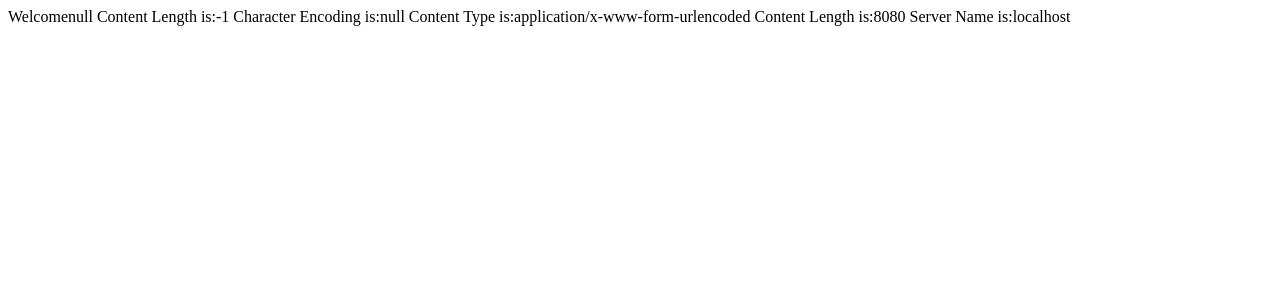
Repository: GirijalaAditya/Servlets
Page: http://localhost/app05/ServletReq
These files come from the project's save history. The page is drawn as it stood at one moment and after the next save; the edit follows.
The browser window is 1280 px wide. The pictures show the whole page.
The page is served by Tomcat 9.

Above is the page before, as saved 2020-04-03 13:31:02.

### app05/src/com/aditya/servlets/ServletReq.java
package com.aditya.servlets;

import javax.servlet.http.*;
import javax.servlet.*;
import java.io.*;
import java.io.IOException;
import javax.servlet.ServletException;
import javax.servlet.http.HttpServlet;
import javax.servlet.http.HttpServletRequest;
import javax.servlet.http.HttpServletResponse;



public class ServletReq extends HttpServlet {
	private static final long serialVersionUID = 1L;

	protected void doGet(HttpServletRequest request, HttpServletResponse response) throws ServletException, IOException {
				response.setContentType("text/html");
				PrintWriter out=response.getWriter();
				String name=request.getParameter("name");
				out.println("Welcome"+name);
				int cl=request.getContentLength();
				out.println("Content Length is:"+cl);
				String ce=request.getCharacterEncoding();
				out.println("Character Encoding is:"+ce);
				String ct=request.getContentType();
				out.println("Content Type is:"+ct);
				int sp=request.getServerPort();
				out.println("Content Length is:"+sp);
				String sn=request.getServerName();
				out.println("Server Name is:"+sn);
	}

}

After the next save:
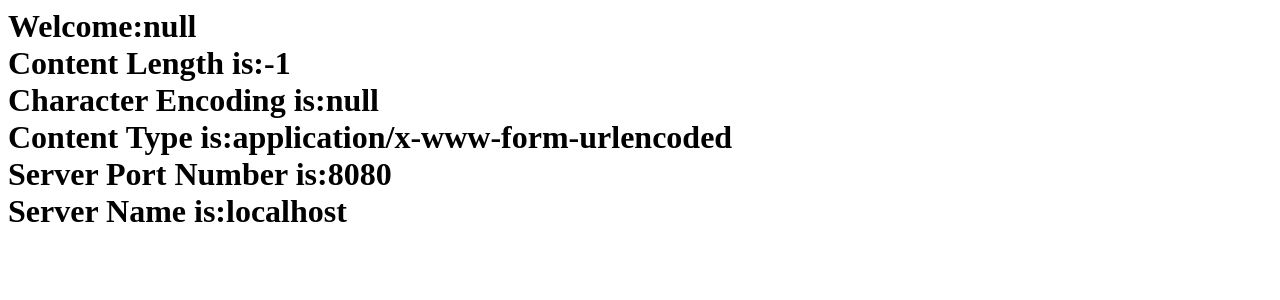
Saved 9 min 19 s later.
--- a/app05/src/com/aditya/servlets/ServletReq.java
+++ b/app05/src/com/aditya/servlets/ServletReq.java
@@ -17,18 +17,20 @@ public class ServletReq extends HttpServlet {
 	protected void doGet(HttpServletRequest request, HttpServletResponse response) throws ServletException, IOException {
 				response.setContentType("text/html");
 				PrintWriter out=response.getWriter();
+				out.println("<html><body><h1>");
 				String name=request.getParameter("name");
-				out.println("Welcome"+name);
+				out.println("Welcome:"+name+"<br>");
 				int cl=request.getContentLength();
-				out.println("Content Length is:"+cl);
+				out.println("Content Length is:"+cl+"<br>");
 				String ce=request.getCharacterEncoding();
-				out.println("Character Encoding is:"+ce);
+				out.println("Character Encoding is:"+ce+"<br>");
 				String ct=request.getContentType();
-				out.println("Content Type is:"+ct);
+				out.println("Content Type is:"+ct+"<br>");
 				int sp=request.getServerPort();
-				out.println("Content Length is:"+sp);
+				out.println("Server Port Number is:"+sp+"<br>");
 				String sn=request.getServerName();
-				out.println("Server Name is:"+sn);
+				out.println("Server Name is:"+sn+"<br>");
+				out.println("</h1></body></html>");
 	}
 
 }
